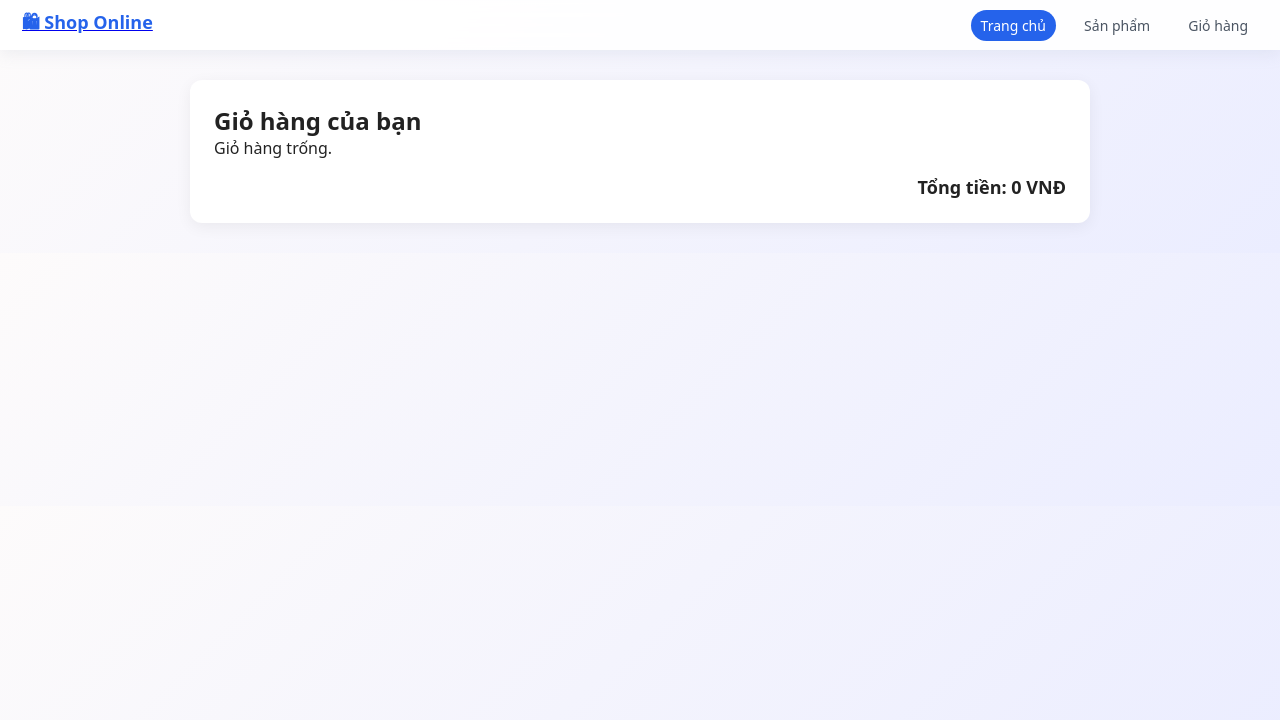
Repository: sapiens04/myshop_feuser
Page: cart.html
An editor plug-in stored every save of this project. The page is shown before and after the next save, followed by the edit.
The browser window is 1280 px wide. The pictures show the whole page.

Above is the page before, as saved 2025-11-18 22:13:36.

### cart.html
<!DOCTYPE html>
<html lang="vi">
<head>
    <meta charset="UTF-8">
    <title>Giỏ hàng</title>
   <link rel="stylesheet" href="src/css/user.css">
</head>
<body>

<header class="navbar">
    <a href="index.html">
    <div class="logo">🛍 Shop Online</div>
</a>
     <nav>
    <a href="index.html" class="active">Trang chủ</a>
    <a href="products.html">Sản phẩm</a>
    <a href="cart.html">
        Giỏ hàng
        <span class="cart-badge cart-count"></span>
    </a>
</nav>

</header>

<div class="container">
    <h2>Giỏ hàng của bạn</h2>
    <!-- LIST GIỎ HÀNG -->
    <div id="cartList"></div>

    <!-- TỔNG TIỀN -->
    <h3 id="totalPrice"></h3>
</div>

<script src="src/js/user_api.js"></script>   <!-- phải đứng TRƯỚC -->
<script src="src/js/cart_badge.js"></script>
<script src="src/js/cart.js"></script>


</body>
</html>

### src/css/user.css
/* Reset nhẹ nhàng */
* {
    box-sizing: border-box;
    margin: 0;
    padding: 0;
}

body {
    font-family: system-ui, -apple-system, BlinkMacSystemFont, "Segoe UI", sans-serif;
    background: linear-gradient(135deg, #fdfbfb, #ebedff);
    color: #222;
}

/* Navbar */
/* -------------------------- */
.navbar {
    position: sticky;
    top: 0;
    z-index: 10;
    display: flex;
    justify-content: space-between;
    align-items: center;
    padding: 10px 22px;
    background: rgba(255, 255, 255, 0.9);
    backdrop-filter: blur(10px);
    box-shadow: 0 4px 15px rgba(148, 163, 184, 0.15);
}

.logo {
    font-weight: 700;
    font-size: 18px;
    color: #2563eb;
}

.navbar nav a {
    margin-left: 14px;
    text-decoration: none;
    font-size: 14px;
    color: #4b5563;
    padding: 6px 10px;
    border-radius: 999px;
    transition: background-color 0.15s, color 0.15s;
}

.navbar nav a:hover {
    background-color: rgba(37, 99, 235, 0.08);
    color: #1d4ed8;
}

.navbar nav a.active {
    background-color: #2563eb;
    color: #ffffff;
}

/* Hero */
/* -------------------------- */
.hero {
    text-align: center;
    padding: 40px 16px 28px;
    max-width: 960px;
    margin: 0 auto;
}

.hero h1 {
    font-size: 28px;
    margin-bottom: 10px;
    color: #1f2933;
}

.hero p {
    color: #6b7280;
    margin-bottom: 16px;
}

.btn-primary {
    display: inline-block;
    border: none;
    border-radius: 999px;
    padding: 8px 18px;
    font-size: 14px;
    cursor: pointer;
    background: linear-gradient(135deg, #60a5fa, #a855f7);
    color: #ffffff;
    box-shadow: 0 6px 15px rgba(99, 102, 241, 0.4);
    text-decoration: none;
    transition: transform 0.05s ease, box-shadow 0.1s ease, opacity 0.1s ease;
}

.btn-primary:hover {
    transform: translateY(-1px);
    box-shadow: 0 10px 25px rgba(99, 102, 241, 0.45);
    opacity: 0.96;
}

/* Tiêu đề section */
/* -------------------------- */
.section-title {
    max-width: 960px;
    margin: 10px auto 4px;
    padding: 0 16px;
    font-size: 20px;
    font-weight: 600;
    color: #374151;
}

/* Search input ở trang products */
/* -------------------------- */
.search-input {
    display: block;
    max-width: 960px;
    width: 100%;
    margin: 8px auto 10px;
    padding: 8px 12px;
    border-radius: 999px;
    border: 1px solid #d1d5db;
    background-color: rgba(255, 255, 255, 0.9);
    font-size: 14px;
    color: #374151;
    box-shadow: 0 3px 10px rgba(148, 163, 184, 0.15);
    transition: border-color 0.15s, box-shadow 0.15s, background-color 0.15s;
}

.search-input:focus {
    outline: none;
    border-color: #60a5fa;
    box-shadow: 0 0 0 2px rgba(96, 165, 250, 0.35);
    background-color: #ffffff;
}

/* Product grid */
/* -------------------------- */
.product-grid {
    max-width: 960px;
    margin: 6px auto 30px;
    padding: 0 16px;
    display: grid;
    grid-template-columns: repeat(auto-fill, minmax(190px, 1fr));
    gap: 14px;
}

/* Card sản phẩm */
.product-card {
    background: rgba(255, 255, 255, 0.95);
    border-radius: 16px;
    box-shadow: 0 8px 20px rgba(148, 163, 184, 0.3);
    padding: 10px 10px 14px;
    cursor: pointer;
    transition: transform 0.1s ease, box-shadow 0.1s ease, background-color 0.15s ease;
    display: flex;
    flex-direction: column;
    align-items: stretch;
}

.product-card:hover {
    transform: translateY(-3px);
    box-shadow: 0 12px 30px rgba(129, 140, 248, 0.4);
    background-color: #f9fafb;
}

.product-card img {
    width: 100%;
    height: 140px;
    object-fit: cover;
    border-radius: 12px;
    margin-bottom: 8px;
    background: linear-gradient(135deg, #f9a8d4, #bfdbfe);
}

.product-card h3 {
    font-size: 15px;
    margin-bottom: 4px;
    color: #111827;
}

.product-card .price {
    font-size: 14px;
    font-weight: 600;
    color: #ec4899;
}

/* Detail page */
/* -------------------------- */
.detail-wrapper {
    max-width: 960px;
    margin: 24px auto;
    padding: 12px 16px;
    display: flex;
    gap: 18px;
    flex-wrap: wrap;
}

.detail-image {
    flex: 1 1 260px;
    max-width: 340px;
    width: 100%;
    border-radius: 18px;
    box-shadow: 0 10px 25px rgba(148, 163, 184, 0.4);
    object-fit: cover;
    background: linear-gradient(135deg, #fbcfe8, #bfdbfe);
}

.detail-info {
    flex: 2 1 320px;
    display: flex;
    flex-direction: column;
    gap: 10px;
    padding-top: 6px;
}

.detail-info h2 {
    font-size: 22px;
    color: #111827;
}

.detail-info .price {
    font-size: 18px;
    font-weight: 700;
    color: #ec4899;
}


/* ==== TRANG GIỎ HÀNG ==== */

/* Card chứa toàn bộ nội dung giỏ hàng */
.container {
    max-width: 900px;          /* thu hẹp bề rộng */
    margin: 30px auto;         /* căn giữa */
    background: #fff;
    padding: 24px;
    border-radius: 12px;
    box-shadow: 0 4px 16px rgba(0,0,0,0.06);
}

/* mỗi item trong giỏ */
.cart-item {
    display: flex;
    gap: 16px;
    padding: 12px 0;
    border-bottom: 1px solid #eee;
    align-items: flex-start;
}

.cart-item:last-child {
    border-bottom: none;
}

/* ảnh sản phẩm */
.cart-item-img {
    width: 80px;
    height: 80px;
    object-fit: cover;
    border-radius: 8px;
    flex-shrink: 0;
}

/* phần text bên phải ảnh */
.cart-item-content {
    display: flex;
    justify-content: space-between;
    gap: 12px;
    width: 100%;
    flex-wrap: wrap;
}

.cart-item-main {
    flex: 1;
}

.cart-item-name {
    margin: 0 0 4px;
    font-size: 16px;
    font-weight: 600;
}

.cart-item-price {
    margin: 0;
    font-size: 14px;
    color: #666;
}

/* cột bên phải: số lượng + thành tiền + nút xóa */
.cart-item-right {
    display: flex;
    flex-direction: column;
    align-items: flex-end;
    gap: 6px;
    min-width: 170px;
}

.qty-control {
    display: flex;
    align-items: center;
    gap: 8px;
}

.qty-control button {
    min-width: 28px;
    height: 28px;
    border-radius: 4px;
    border: 1px solid #ccc;
    background: #f5f5f5;
    cursor: pointer;
}

.qty-control span {
    min-width: 24px;
    text-align: center;
}

.cart-item-line-total {
    font-size: 14px;
    font-weight: 600;
}

.remove-btn {
    border: none;
    background: #ff4d4f;
    color: #fff;
    padding: 4px 10px;
    border-radius: 4px;
    cursor: pointer;
    font-size: 13px;
}

/* tổng tiền */
#totalPrice {
    margin-top: 16px;
    text-align: right;
    font-size: 18px;
    font-weight: 600;
}

/* responsive mobile */
@media (max-width: 768px) {
    .container {
        margin: 16px;
        padding: 16px;
    }

    .cart-item {
        align-items: center;
    }

    .cart-item-content {
        flex-direction: column;
        align-items: flex-start;
    }

    .cart-item-right {
        align-items: flex-start;
    }

    #totalPrice {
        text-align: left;
    }
}



/* Tổng tiền */
.total {
    max-width: 960px;
    margin: 6px auto 24px;
    padding: 0 16px;
    font-size: 16px;
    font-weight: 600;
    color: #111827;
}

/* Thông báo lỗi đơn giản (nếu cần dùng chung) */
.error {
    color: #dc2626;
}

/* Responsive */
/* -------------------------- */
@media (max-width: 600px) {
    .navbar {
        flex-direction: column;
        align-items: flex-start;
        gap: 6px;
    }
.navbar nav a {
    margin-left: 14px;
    text-decoration: none;
    font-size: 14px;
    color: #4b5563;
    padding: 6px 10px;
    border-radius: 999px;
    transition: background-color 0.15s, color 0.15s;
    position: relative; /* THÊM: để chứa badge */
}

/* Badge số trên chữ "Giỏ hàng" */
.cart-badge {
    position: absolute;
    top: -4px;
    right: 0;
    min-width: 18px;
    height: 18px;
    border-radius: 999px;
    background: #f97316; /* cam pastel */
    color: #ffffff;
    font-size: 11px;
    display: flex;
    align-items: center;
    justify-content: center;
    padding: 0 4px;
    box-shadow: 0 2px 6px rgba(249, 115, 22, 0.5);
}

/* Nếu không có số thì ẩn luôn (JS sẽ bỏ text đi) */
.cart-badge:empty {
    display: none;
}

    .hero h1 {
        font-size: 22px;
    }

    .detail-wrapper {
        flex-direction: column;
        align-items: center;
    }

    .detail-info {
        width: 100%;
    }

    .product-card img {
        height: 130px;
    }
}

### src/js/user_api.js
// HOST backend Spring Boot
const BACKEND_HOST = "http://localhost:8080";

// API lấy danh sách sản phẩm
const API_BASE = BACKEND_HOST + "/api/products";

async function fetchProducts() {
    const res = await fetch(API_BASE);
    if (!res.ok) {
        console.error("fetchProducts lỗi:", res.status);
        return [];
    }
    return await res.json();
}

async function fetchProductById(id) {
    const res = await fetch(`${API_BASE}/${id}`);
    if (!res.ok) {
        console.error("fetchProductById lỗi:", res.status);
        return null;
    }
    return await res.json();
}

### src/js/cart_badge.js
function getCartItems() {
    try {
        return JSON.parse(localStorage.getItem("cart") || "[]");
    } catch (e) {
        return [];
    }
}

function updateCartCount() {
    const cart = getCartItems();
    const total = cart.reduce((sum, item) => sum + (item.qty || 0), 0);

    const badges = document.querySelectorAll(".cart-count");
    badges.forEach(badge => {
        badge.textContent = total > 0 ? String(total) : "";
    });
}

window.addEventListener("load", updateCartCount);

window.addEventListener("storage", (e) => {
    if (e.key === "cart") {
        updateCartCount();
    }
});

### src/js/cart.js
// Lấy giỏ hàng từ localStorage
function getCart() {
    try {
        return JSON.parse(localStorage.getItem("cart") || "[]");
    } catch (e) {
        return [];
    }
}

// Lưu giỏ hàng
function saveCart(cart) {
    localStorage.setItem("cart", JSON.stringify(cart));
}

// Cập nhật tổng tiền ở dưới cùng
function updateTotalMoney() {
    const cart = getCart();
    const total = cart.reduce((sum, item) => sum + item.price * item.qty, 0);
    const totalEl = document.getElementById("totalPrice");
    if (totalEl) {
        totalEl.textContent = "Tổng tiền: " + total.toLocaleString() + " VNĐ";
    }
}

// Render toàn bộ giỏ hàng (dùng khi load trang hoặc xóa 1 item)
async function loadCart() {
    const cart = getCart();
    const list = document.getElementById("cartList");
    const totalPriceEl = document.getElementById("totalPrice");

    if (!list || !totalPriceEl) return;

    list.innerHTML = "";

    if (cart.length === 0) {
        list.innerHTML = `<p class="cart-empty">Giỏ hàng trống.</p>`;
        totalPriceEl.textContent = "Tổng tiền: 0 VNĐ";
        if (typeof updateCartCount === "function") updateCartCount();
        return;
    }

    // Với ít sản phẩm, gọi tuần tự là ổn
    for (const item of cart) {
        let imgSrc = "img/sample1.jpg";

        // Lấy ảnh từ backend (nếu dùng Spring Boot)
        try {
            if (typeof fetchProductById === "function") {
                const product = await fetchProductById(item.id);
                if (product && product.imageUrl) {
                    imgSrc = "http://localhost:8080" + product.imageUrl;
                }
            }
        } catch (e) {
            console.error("Lỗi lấy sản phẩm từ backend", e);
        }

        const lineTotal = item.price * item.qty;

        list.innerHTML += `
            <div class="cart-item" id="item-${item.id}">
                <img src="${imgSrc}" alt="${item.name}" class="cart-item-img">

                <div class="cart-item-content">
                    <div class="cart-item-main">
                        <h3 class="cart-item-name">${item.name}</h3>
                        <p class="cart-item-price">
                            Đơn giá: ${item.price.toLocaleString()} VNĐ
                        </p>
                    </div>

                    <div class="cart-item-right">
                        <div class="qty-control">
                            <button onclick="changeQty(${item.id}, -1)">-</button>
                            <span id="qty-${item.id}">${item.qty}</span>
                            <button onclick="changeQty(${item.id}, 1)">+</button>
                        </div>

                        <div class="cart-item-line-total" id="lineTotal-${item.id}">
                            Thành tiền: ${lineTotal.toLocaleString()} VNĐ
                        </div>

                        <button class="remove-btn" onclick="removeItem(${item.id})">
                            🗑 Xóa
                        </button>
                    </div>
                </div>
            </div>
        `;
    }

    updateTotalMoney();
    if (typeof updateCartCount === "function") updateCartCount();
}

// Thay đổi số lượng 1 sản phẩm, không render lại toàn bộ
function changeQty(id, delta) {
    let cart = getCart();
    const item = cart.find(x => x.id === id);
    if (!item) return;

    item.qty += delta;

    if (item.qty <= 0) {
        // nếu về 0 thì xóa luôn
        cart = cart.filter(x => x.id !== id);
        saveCart(cart);

        const row = document.getElementById(`item-${id}`);
        if (row) row.remove();

        // nếu sau khi xóa mà giỏ trống
        if (cart.length === 0) {
            const list = document.getElementById("cartList");
            if (list) {
                list.innerHTML = `<p class="cart-empty">Giỏ hàng trống.</p>`;
            }
        }
    } else {
        // cập nhật lại số lượng + thành tiền trên giao diện
        saveCart(cart);

        const qtySpan = document.getElementById(`qty-${id}`);
        const lineTotalEl = document.getElementById(`lineTotal-${id}`);

        if (qtySpan) qtySpan.textContent = item.qty;
        if (lineTotalEl) {
            lineTotalEl.textContent =
                "Thành tiền: " + (item.price * item.qty).toLocaleString() + " VNĐ";
        }
    }

    updateTotalMoney();
    if (typeof updateCartCount === "function") updateCartCount();
}

// Xóa hẳn 1 sản phẩm khỏi giỏ
function removeItem(id) {
    let cart = getCart();
    cart = cart.filter(x => x.id !== id);
    saveCart(cart);

    const row = document.getElementById(`item-${id}`);
    if (row) row.remove();

    if (cart.length === 0) {
        const list = document.getElementById("cartList");
        if (list) {
            list.innerHTML = `<p class="cart-empty">Giỏ hàng trống.</p>`;
        }
    }

    updateTotalMoney();
    if (typeof updateCartCount === "function") updateCartCount();
}

window.addEventListener("load", loadCart);

After the next save:
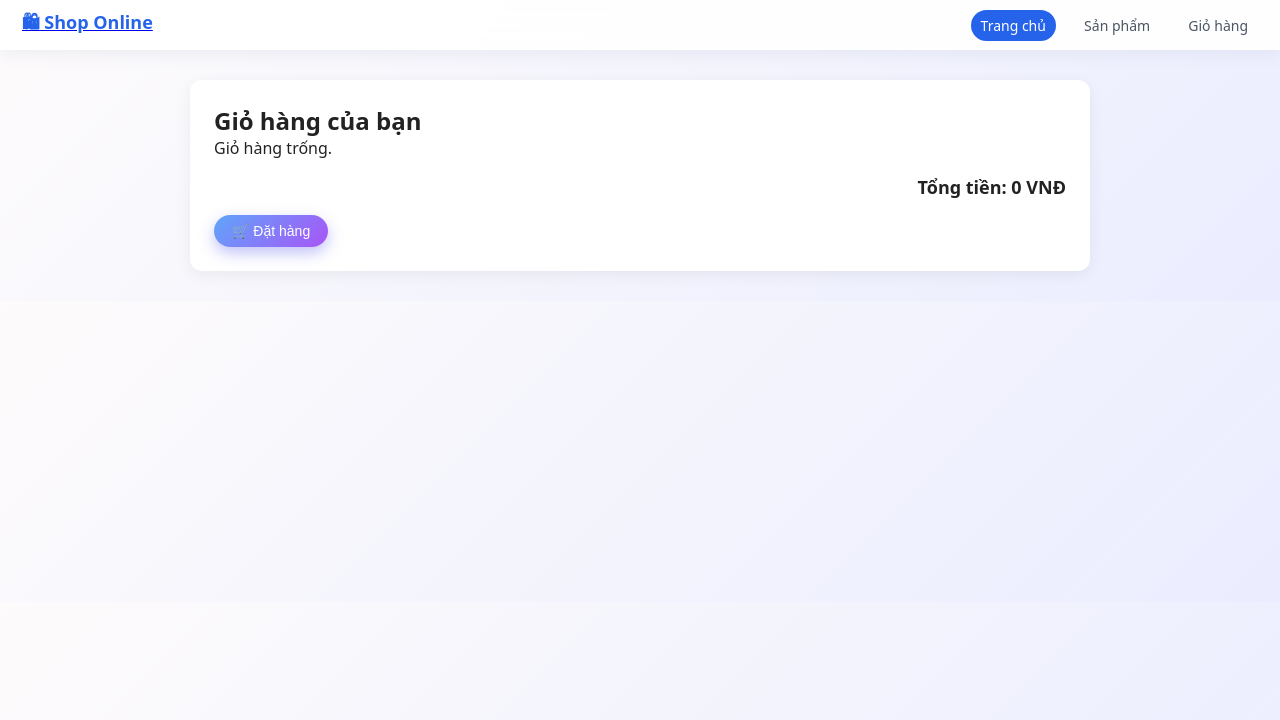
Saved 3 h 21 min later.
--- a/cart.html
+++ b/cart.html
@@ -29,6 +29,12 @@
 
     <!-- TỔNG TIỀN -->
     <h3 id="totalPrice"></h3>
+    <h3 id="totalPrice"></h3>
+
+<button id="checkoutBtn" class="btn-primary">
+    🛒 Đặt hàng
+</button>
+
 </div>
 
 <script src="src/js/user_api.js"></script>   <!-- phải đứng TRƯỚC -->
--- a/src/js/cart.js
+++ b/src/js/cart.js
@@ -155,3 +155,53 @@ function removeItem(id) {
 }
 
 window.addEventListener("load", loadCart);
+// Gửi đơn hàng lên backend
+async function checkout() {
+    const cart = getCart();
+    if (cart.length === 0) {
+        alert("Giỏ hàng đang trống, không thể đặt hàng!");
+        return;
+    }
+
+    // Ví dụ đơn giản: chỉ gửi danh sách item
+    const orderRequest = {
+        items: cart,       // [{id, name, price, qty, imageUrl}, ...]
+        note: "Đơn tạo từ website user"
+        // sau này bạn có thể thêm thông tin khách hàng: tên, sđt, địa chỉ...
+    };
+
+    try {
+        const res = await fetch(BACKEND_HOST + "/api/orders", {
+            method: "POST",
+            headers: { "Content-Type": "application/json" },
+            body: JSON.stringify(orderRequest)
+        });
+
+        if (!res.ok) {
+            throw new Error("Lỗi tạo đơn hàng: " + res.status);
+        }
+
+        const data = await res.json();
+        console.log("Order created:", data);
+
+        // Xóa giỏ hàng local
+        localStorage.removeItem("cart");
+        updateCartCount();
+        loadCart();
+
+        alert("Đặt hàng thành công! Mã đơn: " + (data.id || ""));
+    } catch (e) {
+        console.error(e);
+        alert("Có lỗi khi đặt hàng, bạn thử lại sau!");
+    }
+}
+
+// gắn event cho nút "Đặt hàng"
+window.addEventListener("load", () => {
+    loadCart(); // cái cũ bạn đã có
+
+    const btn = document.getElementById("checkoutBtn");
+    if (btn) {
+        btn.addEventListener("click", checkout);
+    }
+});
